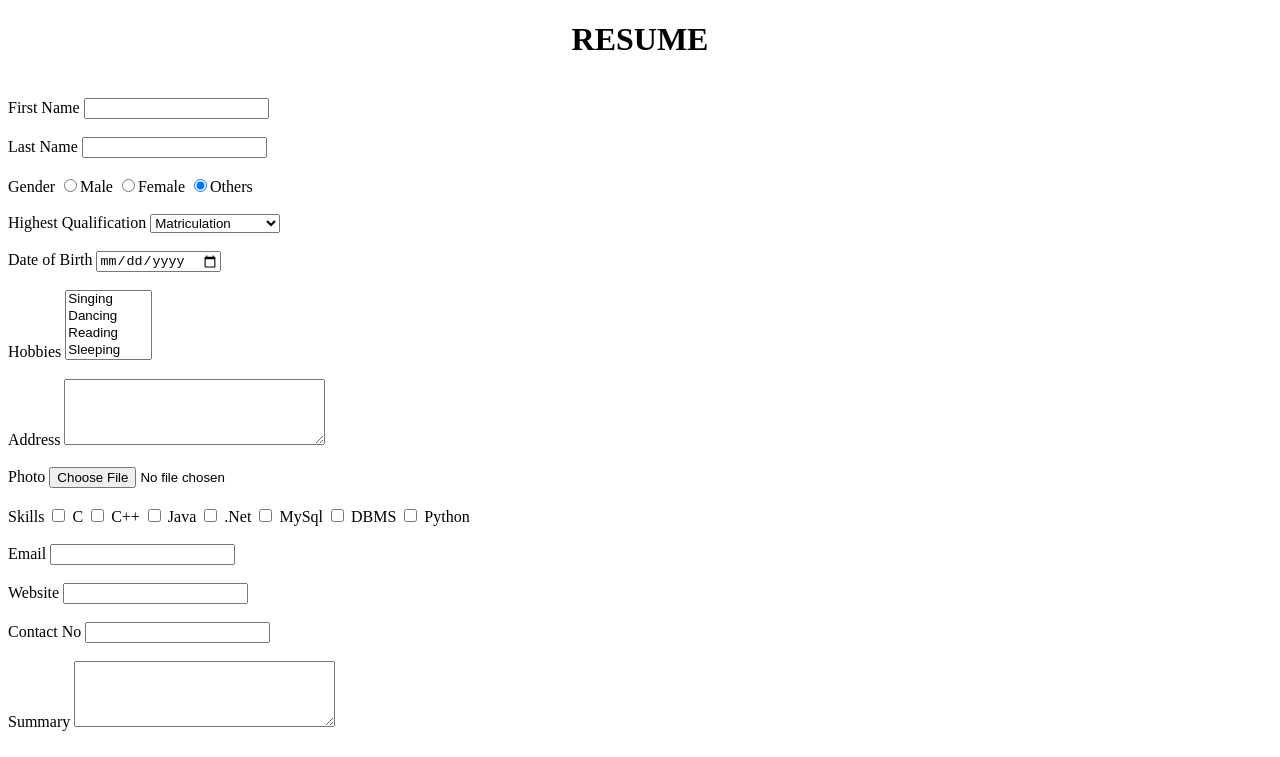
Repository: Rccalfa123/JEE
Page: MyFirstServlet/WebContent/Resume.html
These files come from the project's save history. The page is drawn as it stood at one moment and after the next save; the edit follows.
The browser window is 1280 px wide. The pictures show the whole page.

Above is the page before, as saved 2018-08-07 08:38:14.

After the next save:
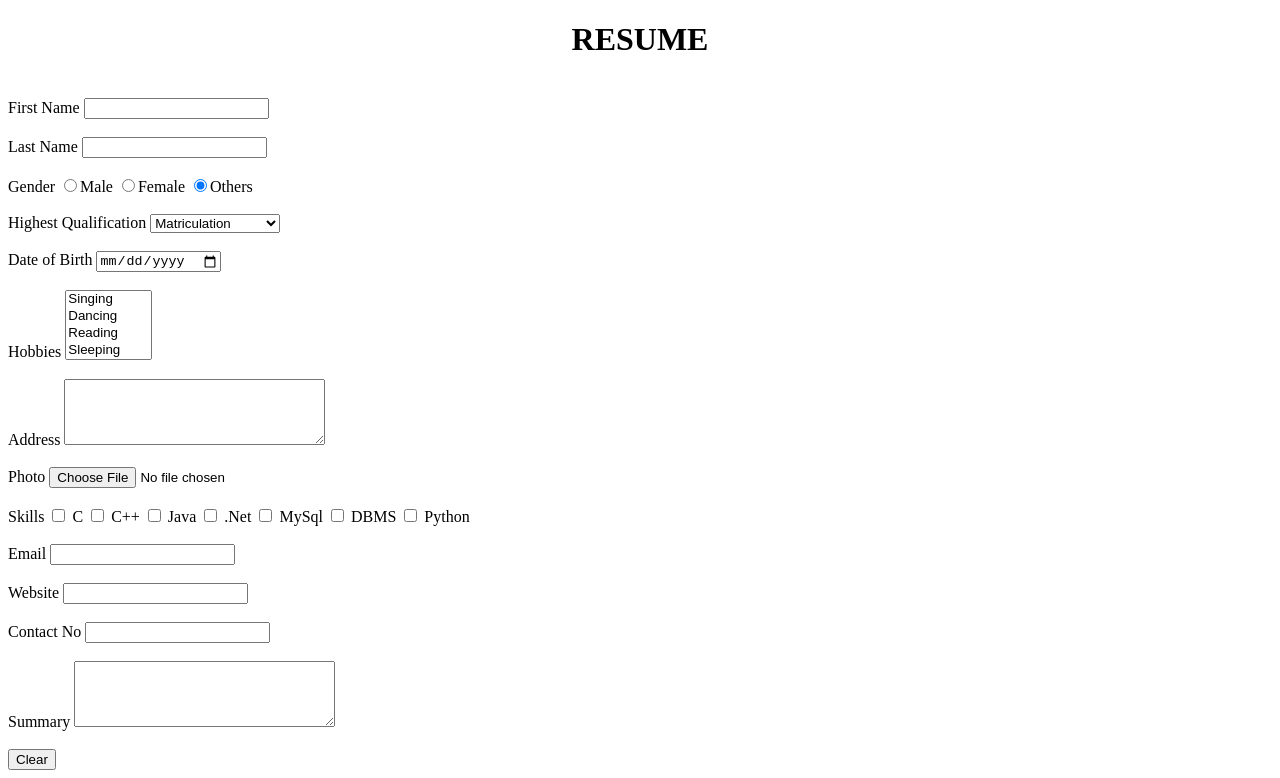
Saved 82 s later.
--- a/MyFirstServlet/WebContent/Resume.html
+++ b/MyFirstServlet/WebContent/Resume.html
@@ -57,6 +57,7 @@
 
   Summary  <textarea name="summary"   rows="4" cols="30"></textarea><br><br>
 
+   <div>  <input type="reset" value="Clear">    </div>
 
    </form>
 
